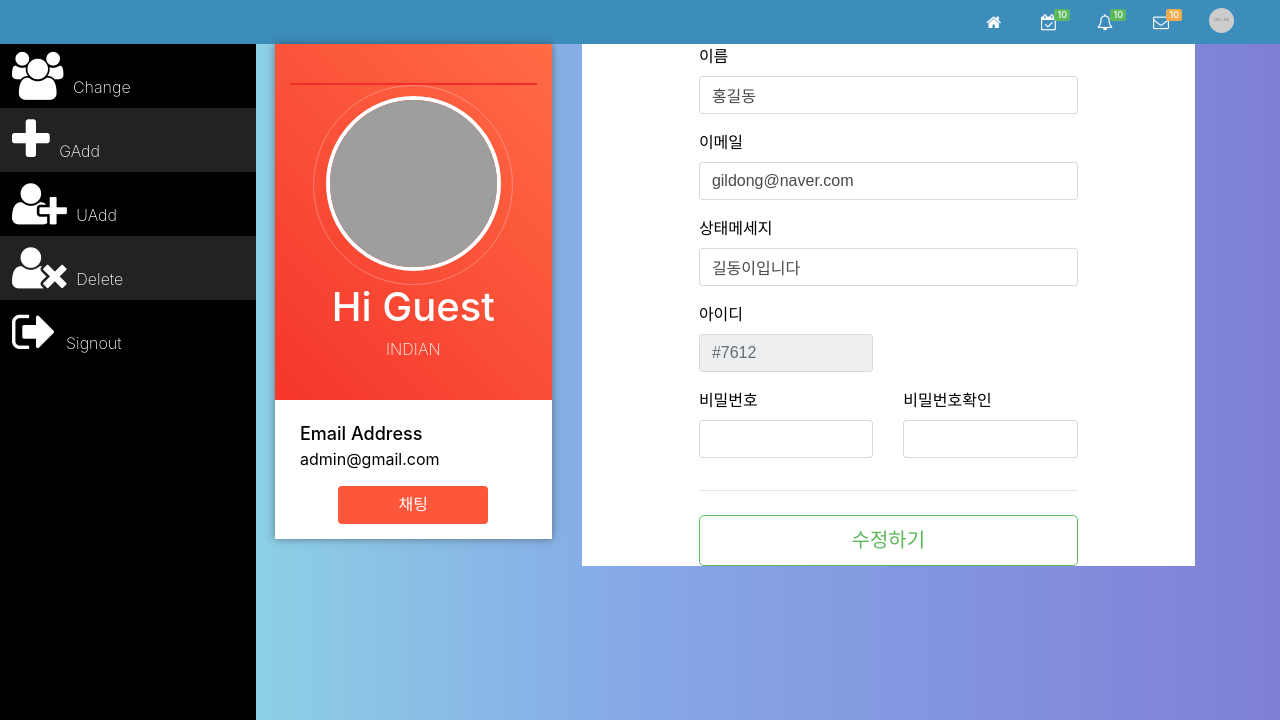
Repository: lukawitch/graduatedchat
Page: http://localhost/Graduated/WEB-INF/views/profile.jsp
These files come from the project's save history. The page is drawn as it stood at one moment and after the next save; the edit follows.
The browser window is 1280 px wide. The pictures show the whole page.
Pictures or frames that could not be fetched are drawn as grey boxes. The page is served by Tomcat 9. Nobody is signed in. Other server files are loaded and not shown. The template is opened directly, without the code that normally fills it, so the values that code supplies are empty.

Above is the page before, as saved 2019-06-09 06:10:11.

### Graduated/src/main/webapp/WEB-INF/views/profile.jsp
<%@ page language="java" contentType="text/html; charset=UTF-8"
    pageEncoding="UTF-8"%>
<!DOCTYPE html>
<html>
<head>
<meta charset="UTF-8">
<meta name="viewport" content="width=device-width, initial-scale=1, shrink-to-fit=no">

<link rel="stylesheet" href="/resources/group.css">
    <!-- Bootstrap CSS -->
    <link rel="stylesheet" href="https://stackpath.bootstrapcdn.com/bootstrap/4.3.1/css/bootstrap.min.css" integrity="sha384-ggOyR0iXCbMQv3Xipma34MD+dH/1fQ784/j6cY/iJTQUOhcWr7x9JvoRxT2MZw1T" crossorigin="anonymous">
<link rel="stylesheet" href="/resources/chat.css">
<style>
div h3 span{
     color : #FFF;
     font-size:14px;
}

div span {
     font-weight: 200;
}

h1{
     font-weight: 200;
}

.login_box{
    background: #f32d27; /* Old browsers */
    /* IE9 SVG, needs conditional override of 'filter' to 'none' */
    background: url(data:[embedded picture, 662 characters]);
    background: -moz-linear-gradient(45deg,  #f32d27 5%, #ff6b45 99%); /* FF3.6+ */
    background: -webkit-gradient(linear, left bottom, right top, color-stop(5%,#f32d27), color-stop(99%,#ff6b45)); /* Chrome,Safari4+ */
    background: -webkit-linear-gradient(45deg,  #f32d27 5%,#ff6b45 99%); /* Chrome10+,Safari5.1+ */
    background: -o-linear-gradient(45deg,  #f32d27 5%,#ff6b45 99%); /* Opera 11.10+ */
    background: -ms-linear-gradient(45deg,  #f32d27 5%,#ff6b45 99%); /* IE10+ */
    background: linear-gradient(45deg,  #f32d27 5%,#ff6b45 99%); /* W3C */
    filter: progid:DXImageTransform.Microsoft.gradient( startColorstr='#f32d27', endColorstr='#ff6b45',GradientType=1 ); /* IE6-8 fallback on horizontal gradient */

    width:100%;
   /* height:70%; */

    <!--top:15%;-->
    left:32.5%;

    -webkit-box-shadow: 0px 0px 8px 0px rgba(50, 50, 50, 0.54);
-moz-box-shadow:    0px 0px 8px 0px rgba(50, 50, 50, 0.54);
box-shadow:         0px 0px 8px 0px rgba(50, 50, 50, 0.54);
}

@media (max-width: 767px) {
    .login_box{
        background: #f32d27; /* Old browsers */
        /* IE9 SVG, needs conditional override of 'filter' to 'none' */
        background: url(data:[embedded picture, 662 characters]);
        background: -moz-linear-gradient(45deg,  #f32d27 5%, #ff6b45 99%); /* FF3.6+ */
        background: -webkit-gradient(linear, left bottom, right top, color-stop(5%,#f32d27), color-stop(99%,#ff6b45)); /* Chrome,Safari4+ */
        background: -webkit-linear-gradient(45deg,  #f32d27 5%,#ff6b45 99%); /* Chrome10+,Safari5.1+ */
        background: -o-linear-gradient(45deg,  #f32d27 5%,#ff6b45 99%); /* Opera 11.10+ */
        background: -ms-linear-gradient(45deg,  #f32d27 5%,#ff6b45 99%); /* IE10+ */
        background: linear-gradient(45deg,  #f32d27 5%,#ff6b45 99%); /* W3C */
        filter: progid:DXImageTransform.Microsoft.gradient( startColorstr='#f32d27', endColorstr='#ff6b45',GradientType=1 ); /* IE6-8 fallback on horizontal gradient */

        width:100%;
        height:80%;

        <!--top:10%;-->
        left:5%;

        -webkit-box-shadow: 0px 0px 8px 0px rgba(50, 50, 50, 0.54);
-moz-box-shadow:    0px 0px 8px 0px rgba(50, 50, 50, 0.54);
box-shadow:         0px 0px 8px 0px rgba(50, 50, 50, 0.54);
    }
}

.image-circle{
    border-radius: 50%;
    width: 175px;
    height: 175px;
    border: 4px solid #FFF;
    margin: 10px;
}

.follow{
    background-color:#FC563B;
    height: 80px;
    cursor:pointer;
}

.follow:hover {
    background-color:#F22F26;
    height: 80px;
    cursor:pointer;
}

.login_control{
    background-color:#FFF;
    padding:10px;

}

.control {
    color:#000;
    margin:10px;
}

.label {

    font-size: 18px;
    font-weight: 500;
}



.form-control:focus{
    border-radius: 0px;
    border-bottom: 1px solid #FC563B;
    margin-bottom: 10px;
    outline: none;
    -webkit-box-shadow: none !important;
    -moz-box-shadow: none !important;
    box-shadow: none !important;
}
.btn-orange{
    background-color: #FC563B;
    border-radius: 0px;
    margin: 5px;
    padding: 5px;
    width: 150px;
    font-size: 20px;
    font-weight: inherit;
}

.btn-orange:hover {
    background-color: #F22F26;
    border-radius: 0px;
    margin: 5px;
    padding: 5px;
    width: 150px;
    font-size: 20px;
    font-weight: inherit;
    color:#FFF !important;
}

.line{
    border-bottom : 2px solid #F32D27;
}


.outter{
    padding: 0px;
    border: 1px solid rgba(255, 255, 255, 0.29);
    border-radius: 50%;
    width: 200px;
    height: 200px;
}

</style>
<script>

function showdel(aa){
	 var con = document.getElementById(aa);
	 if( con.style.display == 'block'){
	  con.style.display = 'none';
	 }
	 else{
	  con.style.display = 'block';
	 }
	}
</script>
</head>
<body>
<%@include file="./sidebar.jsp" %>
<div class="container">
	<div class="row">
<div class="col-2"></div>
			<div class="col-10">
			<div class="container">
<div class="row">
<div class="col-md-4 ">
	<div class="row login_box">
	    <div class="col-md-12 col-xs-12" align="center">
            <div class="line"><h3>&nbsp</h3></div>
            <div class="outter"><img src="http://lorempixel.com/output/people-q-c-100-100-1.jpg" class="image-circle"/></div>
            <h1 style="color:#fff">Hi Guest</h1>
            <span style="color:#fff">INDIAN</span>
	    </div>
        <div><h3>&nbsp</h3></div>
        <div class="col-md-12 col-xs-12 login_control">

                <div class="control">
                    <div class="label">Email Address</div>
                    admin@gmail.com
                </div>

                <!--<div class="control">
                     <div class="label">Password</div>
                    <input type="password" class="form-control" value="123456"/>
                </div>
				<div class="control">
                     <div class="label">Confirm Password</div>
                    <input type="password" class="form-control" value="123456"/>
                </div>-->
             <div align="center">
                     <button class="btn btn-orange" style="color:#fff" onclick="showdel('aaa')">채팅</button>
                </div>

        </div>


        </div>
    </div>
    <div class="col-lg-8 col-sm-6"style="background-color:#fff" id="aaa">
	<div class="row">
  <div class="col-md-2"></div>
    <div class="col-md-8 order-md-1" >

      <form class="needs-validation" novalidate>
        <div class="row">

        </div>



        <div class="mb-3">
          <label for="user"  style="color:#000">이름</label>
          <input type="text" class="form-control" id="user" value="홍길동" required>
          <div class="invalid-feedback">
            Please enter a valid email address for shipping updates.
          </div>
        </div>

        <div class="mb-3">
          <label for="email"  style="color:#000">이메일</label>
          <input type="email" class="form-control" id="email" placeholder="example@naver.com" value="gildong@naver.com">

        </div>

        <div class="mb-3">
          <label for="address2"  style="color:#000">상태메세지</label>
          <input type="text" class="form-control" id="address2" value="길동이입니다">
        </div>

        <div class="row">

          <div class="col-md-6 mb-3">
            <label for="zip"  style="color:#000">아이디</label>
            <input type="text" class="form-control" id="zip" placeholder="#7612" readonly>
            <div class="invalid-feedback">
              Zip code required.
            </div>
          </div>
        </div>
		<div class="row">

          <div class="col-md-6 mb-3">
            <label for="zip"  style="color:#000">비밀번호</label>
            <input type="password" class="form-control" id="zip" >
            <div class="invalid-feedback">
              Zip code required.
            </div>
          </div>
		   <div class="col-md-6 mb-3">
            <label for="zip"  style="color:#000">비밀번호확인</label>
            <input type="password" class="form-control" id="zip" >
            <div class="invalid-feedback">
              Zip code required.
            </div>
          </div>
        </div>

        <hr class="mb-4">
        <button class="btn btn-outline-success btn-lg btn-block" type="submit">수정하기</button>
      </form>
    </div>
  </div>


</div>

    </div>
    </div>

			</div>
			</div>
			</div>


</body>
<script src="https://code.jquery.com/jquery-3.3.1.slim.min.js" integrity="sha384-q8i/X+965DzO0rT7abK41JStQIAqVgRVzpbzo5smXKp4YfRvH+8abtTE1Pi6jizo" crossorigin="anonymous"></script>
    <script src="https://cdnjs.cloudflare.com/ajax/libs/popper.js/1.14.7/umd/popper.min.js" integrity="sha384-UO2eT0CpHqdSJQ6hJty5KVphtPhzWj9WO1clHTMGa3JDZwrnQq4sF86dIHNDz0W1" crossorigin="anonymous"></script>
    <script src="https://stackpath.bootstrapcdn.com/bootstrap/4.3.1/js/bootstrap.min.js" integrity="sha384-JjSmVgyd0p3pXB1rRibZUAYoIIy6OrQ6VrjIEaFf/nJGzIxFDsf4x0xIM+B07jRM" crossorigin="anonymous"></script>
</html>

### Graduated/src/main/webapp/resources/group.css
/*    --------------------------------------------------
	:: General
	-------------------------------------------------- */
body {
	font-family: 'Open Sans', sans-serif;
	color: #353535;
	width: 100%;. height: 100%;.
}
.content h1 {
	text-align: center;
}
.content .content-footer p {
	color: #6d6d6d;
    font-size: 12px;
    text-align: center;
}
.content .content-footer p a {
	color: inherit;
	font-weight: bold;
}

/*	--------------------------------------------------
	:: Table Filter
	-------------------------------------------------- */
.panel {
	border: 1px solid #ddd;
	background-color: #fcfcfc;
}
.panel .btn-group {
	margin: 15px 0 30px;
}
.panel .btn-group .btn {
	transition: background-color .3s ease;
}
.table-filter {
	background-color: #fff;
	border-bottom: 1px solid #eee;
}
.table-filter tbody tr:hover {
	cursor: pointer;
	background-color: #eee;
}
.table-filter tbody tr td {
	padding: 10px;
	vertical-align: middle;
	border-top-color: #eee;
}
.table-filter tbody tr.selected td {
	background-color: #eee;
}
.table-filter tr td:first-child {
	width: 38px;
}
.table-filter tr td:nth-child(2) {
	width: 35px;
}
.ckbox {
	position: relative;
	display:none;
}
.ckbox input[type="checkbox"] {
	opacity: 0;
}
.ckbox label {
	-webkit-user-select: none;
	-moz-user-select: none;
	-ms-user-select: none;
	user-select: none;
}
.ckbox label:before {
	content: '';
	top: 1px;
	left: 0;
	width: 18px;
	height: 18px;
	display: block;
	position: absolute;
	border-radius: 2px;
	border: 1px solid #bbb;
	background-color: #fff;
}
.ckbox input[type="checkbox"]:checked + label:before {
	border-color: #2BBCDE;
	background-color: #2BBCDE;
}
.ckbox input[type="checkbox"]:checked + label:after {
	top: 3px;
	left: 3.5px;

	color: #fff;
	font-size: 11px;
	font-family: 'Glyphicons Halflings';
	position: absolute;
}

.table-filter .media-photo {
	width: 35px;
}
.table-filter .media-body {
    display: block;
    /* Had to use this style to force the div to expand (wasn't necessary with my bootstrap version 3.3.6) */
}
.table-filter .media-meta {
	font-size: 11px;
	color: #999;
}
.table-filter .media .title {
	color: #2BBCDE;
	font-size: 14px;
	font-weight: bold;
	line-height: normal;
	margin: 0;
}
.table-filter .media .title span {
	font-size: .8em;
	margin-right: 20px;
}
.table-filter .media .title span.pagado {
	color: #5cb85c;
}
.table-filter .media .title span.pendiente {
	color: #f0ad4e;
}
.table-filter .media .title span.cancelado {
	color: #d9534f;
}
.table-filter .media .summary {
	font-size: 14px;
}
.profile{
position:fixed;
left:0;
top:0;
display:none;
}
.info{
background-color:#fff;
}
.button{
background-color:#fff;
}
.avatar{

}
.card {
    padding-top: 20px;
    margin: 10px 0 20px 0;
    background-color: rgba(214, 224, 226, 0.2);
    border-top-width: 0;
    border-bottom-width: 2px;
    -webkit-border-radius: 3px;
    -moz-border-radius: 3px;
    border-radius: 3px;
    -webkit-box-shadow: none;
    -moz-box-shadow: none;
    box-shadow: none;
    -webkit-box-sizing: border-box;
    -moz-box-sizing: border-box;
    box-sizing: border-box;
}

.card .card-heading {
    padding: 0 20px;
    margin: 0;
}

.card .card-heading.simple {
    font-size: 20px;
    font-weight: 300;
    color: #777;
    border-bottom: 1px solid #e5e5e5;
}

.card .card-heading.image img {
    display: inline-block;
    width: 46px;
    height: 46px;
    margin-right: 15px;
    vertical-align: top;
    border: 0;
    -webkit-border-radius: 50%;
    -moz-border-radius: 50%;
    border-radius: 50%;
}

.card .card-heading.image .card-heading-header {
    display: inline-block;
    vertical-align: top;
}

.card .card-heading.image .card-heading-header h3 {
    margin: 0;
    font-size: 14px;
    line-height: 16px;
    color: #262626;
}

.card .card-heading.image .card-heading-header span {
    font-size: 12px;
    color: #999999;
}

.card .card-body {
    padding: 0 20px;
    margin-top: 20px;
}

.card .card-media {
    padding: 0 20px;
    margin: 0 -14px;
}

.card .card-media img {
    max-width: 100%;
    max-height: 100%;
}

.card .card-actions {
    min-height: 30px;
    padding: 0 20px 20px 20px;
    margin: 20px 0 0 0;
}

.card .card-comments {
    padding: 20px;
    margin: 0;
    background-color: #f8f8f8;
}

.card .card-comments .comments-collapse-toggle {
    padding: 0;
    margin: 0 20px 12px 20px;
}

.card .card-comments .comments-collapse-toggle a,
.card .card-comments .comments-collapse-toggle span {
    padding-right: 5px;
    overflow: hidden;
    font-size: 12px;
    color: #999;
    text-overflow: ellipsis;
    white-space: nowrap;
}

.card-comments .media-heading {
    font-size: 13px;
    font-weight: bold;
}

.card.people {
    position: relative;
    display: inline-block;
    width: 170px;
    height: 300px;
    padding-top: 0;
    margin-left: 20px;
    overflow: hidden;
    vertical-align: top;
}

.card.people:first-child {
    margin-left: 0;
}

.card.people .card-top {
    position: absolute;
    top: 0;
    left: 0;
    display: inline-block;
    width: 170px;
    height: 150px;
    background-color: #ffffff;
}

.card.people .card-top.green {
    background-color: #53a93f;
}

.card.people .card-top.blue {
    background-color: #427fed;
}

.card.people .card-info {
    position: absolute;
    top: 150px;
    display: inline-block;
    width: 100%;
    height: 101px;
    overflow: hidden;
    background: #ffffff;
    -webkit-box-sizing: border-box;
    -moz-box-sizing: border-box;
    box-sizing: border-box;
}

.card.people .card-info .title {
    display: block;
    margin: 8px 14px 0 14px;
    overflow: hidden;
    font-size: 16px;
    font-weight: bold;
    line-height: 18px;
    color: #404040;
}

.card.people .card-info .desc {
    display: block;
    margin: 8px 14px 0 14px;
    overflow: hidden;
    font-size: 12px;
    line-height: 16px;
    color: #737373;
    text-overflow: ellipsis;
}

.card.people .card-bottom {
    position: absolute;
    bottom: 0;
    left: 0;
    display: inline-block;
    width: 100%;
    padding: 10px 20px;
    line-height: 29px;
    text-align: center;
    -webkit-box-sizing: border-box;
    -moz-box-sizing: border-box;
    box-sizing: border-box;
}

.card.hovercard {
    position: relative;
    padding-top: 0;
    overflow: hidden;
    text-align: center;
    background-color: rgba(214, 224, 226, 0.2);
}

.card.hovercard .cardheader {
    background: url("http://lorempixel.com/850/280/nature/4/");
    background-size: cover;
    height: 380px;
	width:100%;
}

.card.hovercard .avatar {
    position: relative;
    top: -50px;
    margin-bottom: -50px;
	z-index:6;
}

.card.hovercard .avatar img {
    width: 100px;
    height: 100px;
    max-width: 100px;
    max-height: 100px;
    -webkit-border-radius: 50%;
    -moz-border-radius: 50%;
    border-radius: 50%;
    border: 5px solid rgba(255,255,255,0.5);
}

.card.hovercard .info {
    padding: 4px 8px 10px;
	top:-50px;
	position:relative;
}

.card.hovercard .info .title {
    margin-bottom: 4px;
    font-size: 24px;
    line-height: 1;
    color: #262626;
    vertical-align: middle;
	margin-top:50px;
}

.card.hovercard .info .desc {
    overflow: hidden;
    font-size: 12px;
    line-height: 20px;
    color: #737373;
    text-overflow: ellipsis;
}

.card.hovercard .bottom {
    padding: 0 20px;
	background-color:white;
	margin-top:-50px;
}

.btnround{ border-radius: 50%; width:32px; height:32px; line-height:18px;  }
.exit{
position:relative;
top:0px;
left:20px;
color:white;
text-align:left;
}
 #imaginary_container{
    margin-top:20%; /* Don't copy this */
}
.stylish-input-group .input-group-addon{
    background: white !important;
}
.stylish-input-group .form-control{
	border-right:0;
	box-shadow:0 0 0;
	border-color:#ccc;
}
.stylish-input-group button{
    border:0;
    background:transparent;
}
.addmember{
background-color:white;
border-radius:30px;
padding-bottom:30px;
border:black 4px;
}

### Graduated/src/main/webapp/resources/chat.css
  body,html{
			height: 100%;
			margin: 0;
			background: #7F7FD5;
	       background: -webkit-linear-gradient(to right, #91EAE4, #86A8E7, #7F7FD5);
	        background: linear-gradient(to right, #91EAE4, #86A8E7, #7F7FD5);
		}

		.chat{
			margin-top: auto;
			margin-bottom: auto;
		}
		.card{
			height: 500px;
			border-radius: 15px !important;
			background-color: rgba(0,0,0,0.4) !important;
		}
		.contacts_body{
			padding:  0.75rem 0 !important;
			overflow-y: auto;
			white-space: nowrap;
		}
		.msg_card_body{
			overflow-y: auto;
		}
		.card-header{
			border-radius: 15px 15px 0 0 !important;
			border-bottom: 0 !important;
		}
	 .card-footer{
		border-radius: 0 0 15px 15px !important;
			border-top: 0 !important;
	}
		.container{
			align-content: center;
		}
		.search{
			border-radius: 15px 0 0 15px !important;
			background-color: rgba(0,0,0,0.3) !important;
			border:0 !important;
			color:white !important;
		}
		.search:focus{
		     box-shadow:none !important;
           outline:0px !important;
		}
		.type_msg{
			background-color: rgba(0,0,0,0.3) !important;
			border:0 !important;
			color:white !important;
			height: 60px !important;
			overflow-y: auto;
		}
			.type_msg:focus{
		     box-shadow:none !important;
           outline:0px !important;
		}
		.attach_btn{
	border-radius: 15px 0 0 15px !important;
	background-color: rgba(0,0,0,0.3) !important;
			border:0 !important;
			color: white !important;
			cursor: pointer;
		}
		.send_btn{
	border-radius: 0 15px 15px 0 !important;
	background-color: rgba(0,0,0,0.3) !important;
			border:0 !important;
			color: white !important;
			cursor: pointer;
		}
		.search_btn{
			border-radius: 0 15px 15px 0 !important;
			background-color: rgba(0,0,0,0.3) !important;
			border:0 !important;
			color: white !important;
			cursor: pointer;
		}
		.contacts{
			list-style: none;
			padding: 0;
		}
		.contacts li{
			width: 100% !important;
			padding: 5px 10px;
			margin-bottom: 15px !important;
		}
	.active{
			background-color: rgba(0,0,0,0.3);
	}
		.user_img{
			height: 70px;
			width: 70px;
			border:1.5px solid #f5f6fa;

		}
		.user_img_msg{
			height: 40px;
			width: 40px;
			border:1.5px solid #f5f6fa;

		}
	.img_cont{
			position: relative;
			height: 70px;
			width: 70px;
	}
	.img_cont_msg{
			height: 40px;
			width: 40px;
	}
	.online_icon{
		position: absolute;
		height: 15px;
		width:15px;
		background-color: #4cd137;
		border-radius: 50%;
		bottom: 0.2em;
		right: 0.4em;
		border:1.5px solid white;
	}
	.offline{
		background-color: #c23616 !important;
	}
	.user_info{
		margin-top: auto;
		margin-bottom: auto;
		margin-left: 15px;
	}
	.user_info span{
		font-size: 20px;
		color: white;
	}
	.user_info p{
	font-size: 10px;
	color: rgba(255,255,255,0.6);
	}
	.video_cam{
		margin-left: 50px;
		margin-top: 5px;
	}
	.video_cam span{
		color: white;
		font-size: 20px;
		cursor: pointer;
		margin-right: 20px;
	}
	.msg_cotainer{
		margin-top: auto;
		margin-bottom: auto;
		margin-left: 10px;
		border-radius: 25px;
		background-color: #82ccdd;
		padding: 10px;
		position: relative;
	}
	.msg_cotainer_send{
		margin-top: auto;
		margin-bottom: auto;
		margin-right: 10px;
		border-radius: 25px;
		background-color: #78e08f;
		padding: 10px;
		position: relative;
	}
	.msg_time{
		position: absolute;
		left: 0;
		bottom: -15px;
		color: rgba(255,255,255,0.5);
		font-size: 10px;
	}
	.msg_time_send{
		position: absolute;
		right:0;
		bottom: -15px;
		color: rgba(255,255,255,0.5);
		font-size: 10px;
	}
	.msg_head{
		position: relative;
		height:100px;
	}
	#action_menu_btn{
		position: absolute;
		right: 10px;
		top: 10px;
		color: white;
		cursor: pointer;
		font-size: 20px;
	}
	.action_menu{
		z-index: 1;
		position: absolute;
		padding: 15px 0;
		background-color: rgba(0,0,0,0.5);
		color: white;
		border-radius: 15px;
		top: 30px;
		right: 15px;
		display: none;
	}
	.action_menu ul{
		list-style: none;
		padding: 0;
	margin: 0;
	}
	.action_menu ul li{
		width: 100%;
		padding: 10px 15px;
		margin-bottom: 5px;
	}
	.action_menu ul li i{
		padding-right: 10px;

	}
	.action_menu ul li:hover{
		cursor: pointer;
		background-color: rgba(0,0,0,0.2);
	}
	@media(max-width: 576px){
	.contacts_card{
		margin-bottom: 15px !important;
	}
	}

Loaded but not shown: Graduated/src/main/webapp/resources/sidebar.css (library); Graduated/src/main/webapp/WEB-INF/views/sidebar.jsp (188 lines, source omitted)

After the next save:
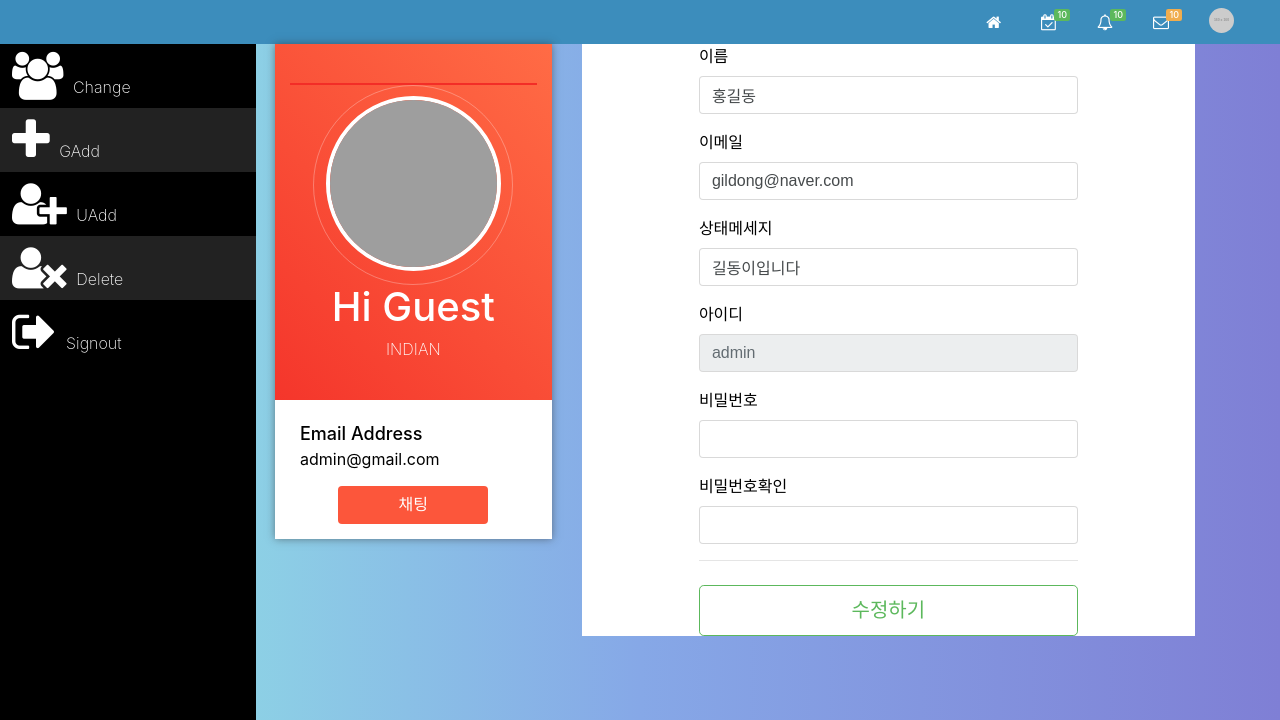
Saved 6 min 50 s later.
--- a/Graduated/src/main/webapp/WEB-INF/views/profile.jsp
+++ b/Graduated/src/main/webapp/WEB-INF/views/profile.jsp
@@ -240,33 +240,30 @@ function showdel(aa){
           <input type="text" class="form-control" id="address2" value="길동이입니다">
         </div>
 
-        <div class="row">
-
-          <div class="col-md-6 mb-3">
+        <div class=" mb-3">
             <label for="zip"  style="color:#000">아이디</label>
-            <input type="text" class="form-control" id="zip" placeholder="#7612" readonly>
+            <input type="text" class="form-control" id="zip" placeholder="admin" readonly>
             <div class="invalid-feedback">
               Zip code required.
             </div>
           </div>
-        </div>
-		<div class="row">
-
-          <div class="col-md-6 mb-3">
+
+
+
+          <div class=" mb-3">
             <label for="zip"  style="color:#000">비밀번호</label>
             <input type="password" class="form-control" id="zip" >
             <div class="invalid-feedback">
               Zip code required.
             </div>
           </div>
-		   <div class="col-md-6 mb-3">
+		   <div class="mb-3">
             <label for="zip"  style="color:#000">비밀번호확인</label>
             <input type="password" class="form-control" id="zip" >
             <div class="invalid-feedback">
               Zip code required.
             </div>
           </div>
-        </div>
 
         <hr class="mb-4">
         <button class="btn btn-outline-success btn-lg btn-block" type="submit">수정하기</button>
